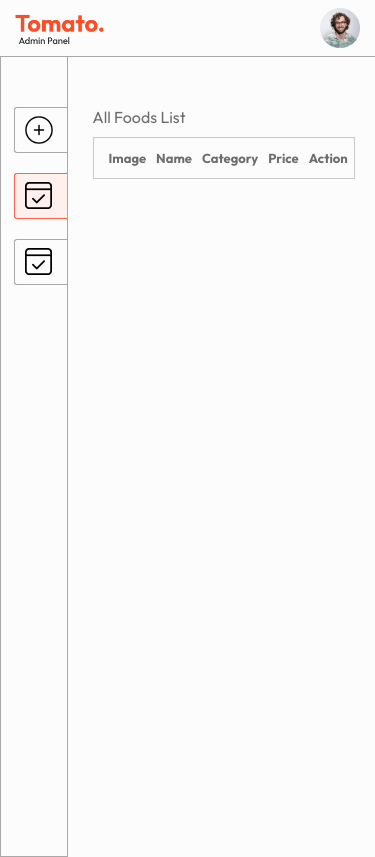
Repository: KartikChouhan03/food-delivery-app
Page: /list (app in admin/)
These files come from the project's save history. The page is drawn as it stood at one moment and after the next save; the edit follows.
The browser window is 375 px wide. The pictures show the whole page.
The page's requests for data from a server got no answer. Some web fonts or font styles are not loaded; a fallback is used. The project was rebuilt for these pictures with package versions that can differ from the ones it lists, and the page was loaded fresh each time. No one was signed in, and anything a server would have sent is missing. Also part of the build but not shown: admin/vite.config.js, admin/src/pages/Add/Add.jsx, admin/src/pages/Orders/Orders.css, admin/src/pages/Orders/Orders.jsx.

Above is the page before, as saved 2025-08-17 15:42:42.

After the next save:
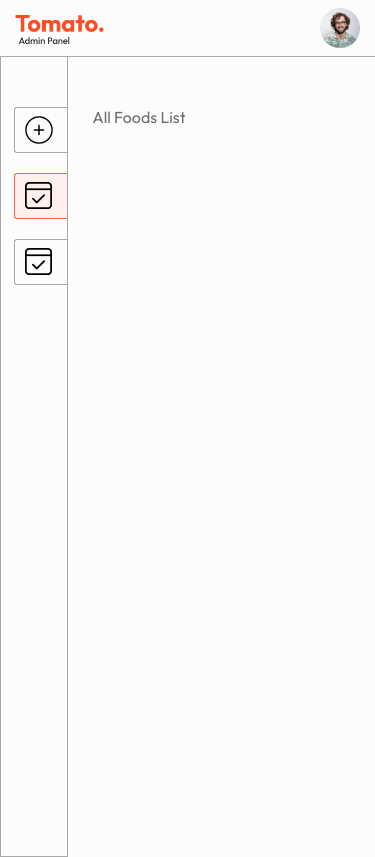
Saved 2 min 21 s later.
--- a/admin/src/pages/List/List.css
+++ b/admin/src/pages/List/List.css
@@ -7,3 +7,23 @@
     border: 1px solid #cacaca;
     font-size: 13px;
 }
+
+.list-table-format.title {
+    background-color: #f9f9f9;
+}
+
+.list-table-format img{
+    width: 50px;
+
+}
+
+@media (max-width:600px) {
+    .list-table-format{
+        grid-template-columns: 1fr 3fr 1fr;
+        gap: 15px;
+    }
+
+    .list-table-format.title{
+        display: none;
+    }
+}
